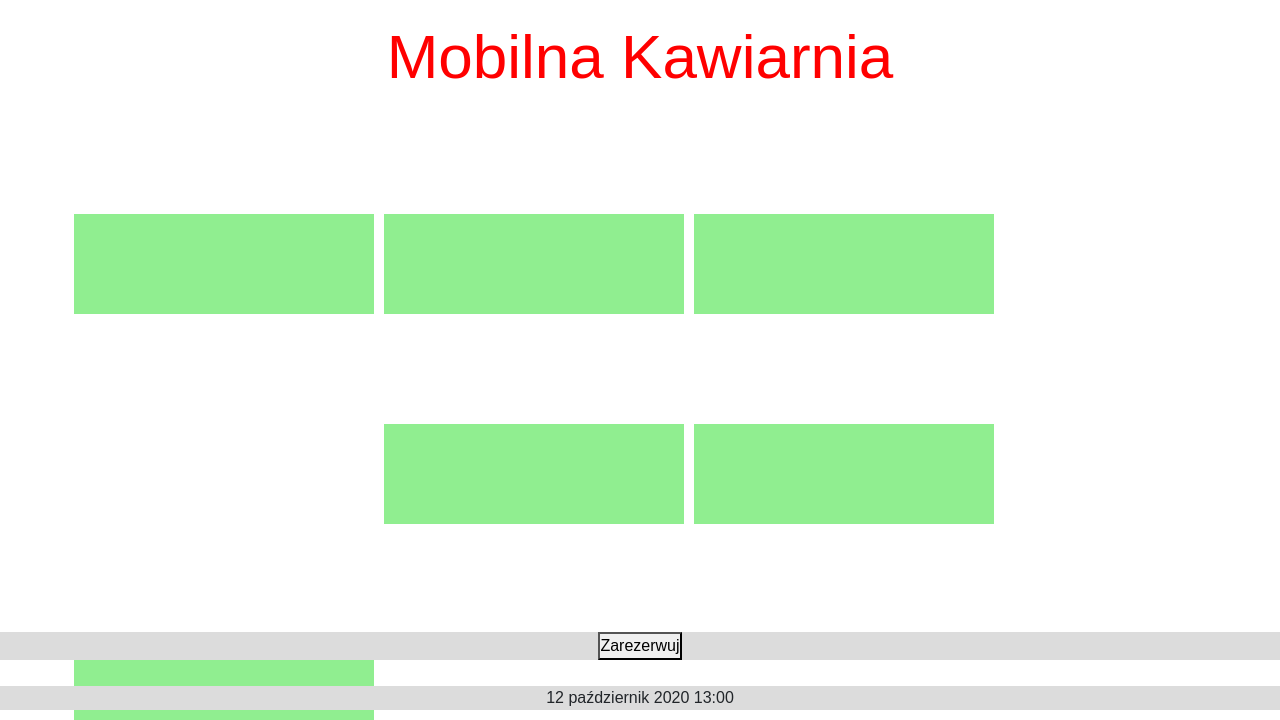
Repository: K009/MobilnaKawiarnia
Page: index.html
These files come from the project's save history. The page is drawn as it stood at one moment and after a run of saves; the edit follows.
The browser window is 1280 px wide. The pictures show the whole page.

Above is the page before, as saved 2020-12-23 17:05:50.

### index.html
<html>
  <head>
    <title>Mobilna Kawiarnia</title>
    <link rel="stylesheet" href="style.css" />
    <script src="scripts.js"></script>
    <link href="https://cdn.jsdelivr.net/npm/bootstrap@5.0.0-beta1/dist/css/bootstrap.min.css" rel="stylesheet" integrity="sha384-giJF6kkoqNQ00vy+HMDP7azOuL0xtbfIcaT9wjKHr8RbDVddVHyTfAAsrekwKmP1" crossorigin="anonymous">
    <script src="https://cdn.jsdelivr.net/npm/bootstrap@5.0.0-beta1/dist/js/bootstrap.bundle.min.js" integrity="sha384-ygbV9kiqUc6oa4msXn9868pTtWMgiQaeYH7/t7LECLbyPA2x65Kgf80OJFdroafW" crossorigin="anonymous"></script>
  </head>
  <body>
    <div class="main">
        <div class="logo">
          <h1><a href="">Mobilna Kawiarnia</a></h1>
        </div>

        <div id="center">

            <div class="tableUp">
                <svg class ="table" width="300" height="110">
                    <rect class ="table" width="300" height="100"/>
                  </svg>
            </div>

            <div class="tableUp">
                <svg width="300" height="110">
                    <rect class ="table" width="300" height="100"/>
                  </svg>
            </div>

            <div class="tableUp">
                <svg width="300" height="110">
                    <rect class ="table" width="300" height="100"/>
                  </svg>
            </div>

            <div class="tableUp">
                <svg width="300" height="110">
                    <rect class ="table" width="300" height="100"/>
                </svg>
            </div>

            <div class="tableUp">
                <svg width="300" height="110">
                    <rect class ="table" width="300" height="100"/>
                </svg>
            </div>

            <div class="tableUp">
                <svg width="300" height="110">
                    <rect class ="table" width="300" height="100" />
                </svg>
            </div>

        </div>

        <div id="bottomButton">
            <button id="submitDate" onclick="submit(this.id)">Zarezerwuj</button>
        </div>

        <div id="bottomMenu">
            12 październik 2020     13:00
        </div>
    </div>

    <script>

    </script>
  </body>
</html>

### style.css
* {
  margin: 0;
  padding: 0;
  font-family: sans-serif;
}
.main {
  width: 100%;
  height: 100vh;
  position: relative;
  overflow: hidden;
  background: white;
}
.logo {
  flex-basis: 20%;
}
.logo h1 {
  text-align: center;
  color: red;
  font-size: 62px;
  margin: 20 20px;
}
.logo h1 a {
  text-decoration: none;
  color: red;
}
#center {
  margin-left: 5%;
}
.tableUp {
  margin: 100 0 0 10px;
  float: left;
}
.table {
  fill: #90ee90;
}
.table:hover {
  fill: #88e388;
}
#bottomButton {
  background-color: gainsboro;
  text-align: center;
  position: absolute;
  width: 100%;
  bottom: 60px;
}
#submitDate {
  font-size: 16px;
}
#bottomMenu {
  background-color: gainsboro;
  text-align: center;
  position: absolute;
  width: 100%;
  bottom: 10px;
}

### scripts.js
console.log('xxdd');

// let submitButton = document.getElementById('submitDate');

// submitButton.onclick = function () {
//   console.log('klikniety!!');
// };

function submit(clicked_id) {
  console.log(clicked_id);
}

After the next 2 saves:
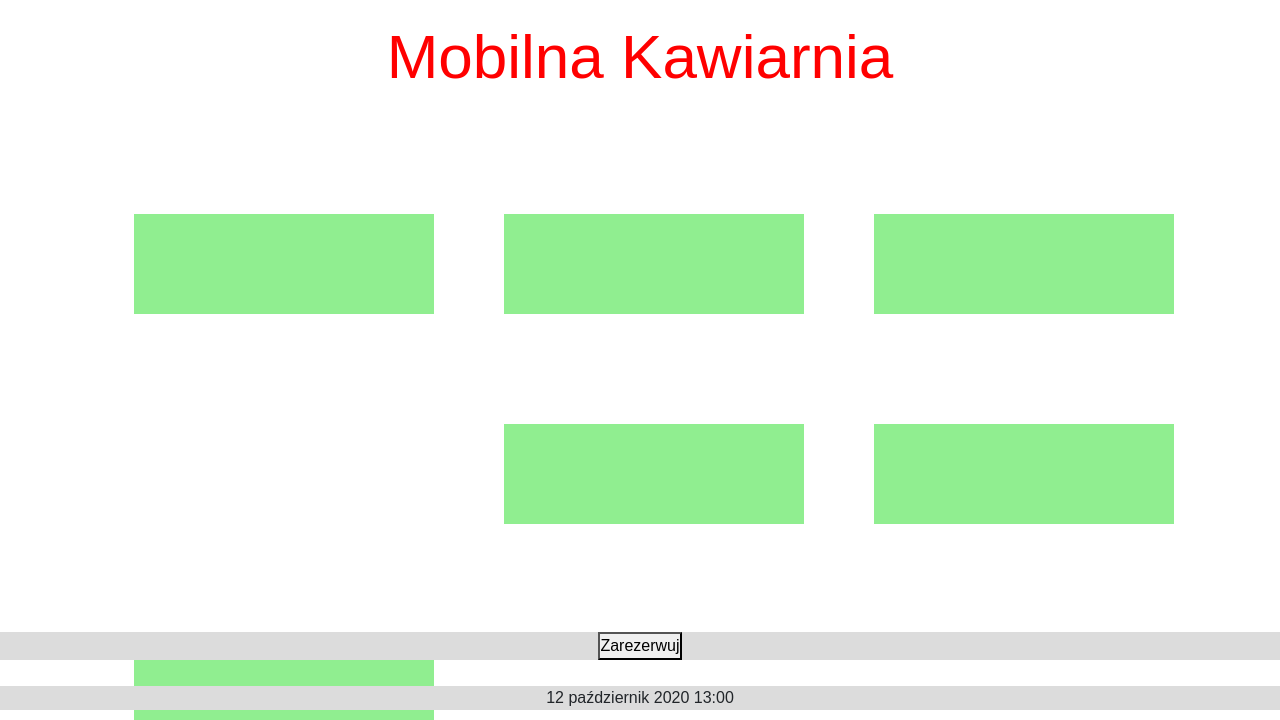
The 2 saves are shown as one change because they came seconds apart.
The last was saved 7 s later.
--- a/style.css
+++ b/style.css
@@ -27,7 +27,7 @@
   margin-left: 5%;
 }
 .tableUp {
-  margin: 100 0 0 10px;
+  margin: 100 0 0 70px;
   float: left;
 }
 .table {
